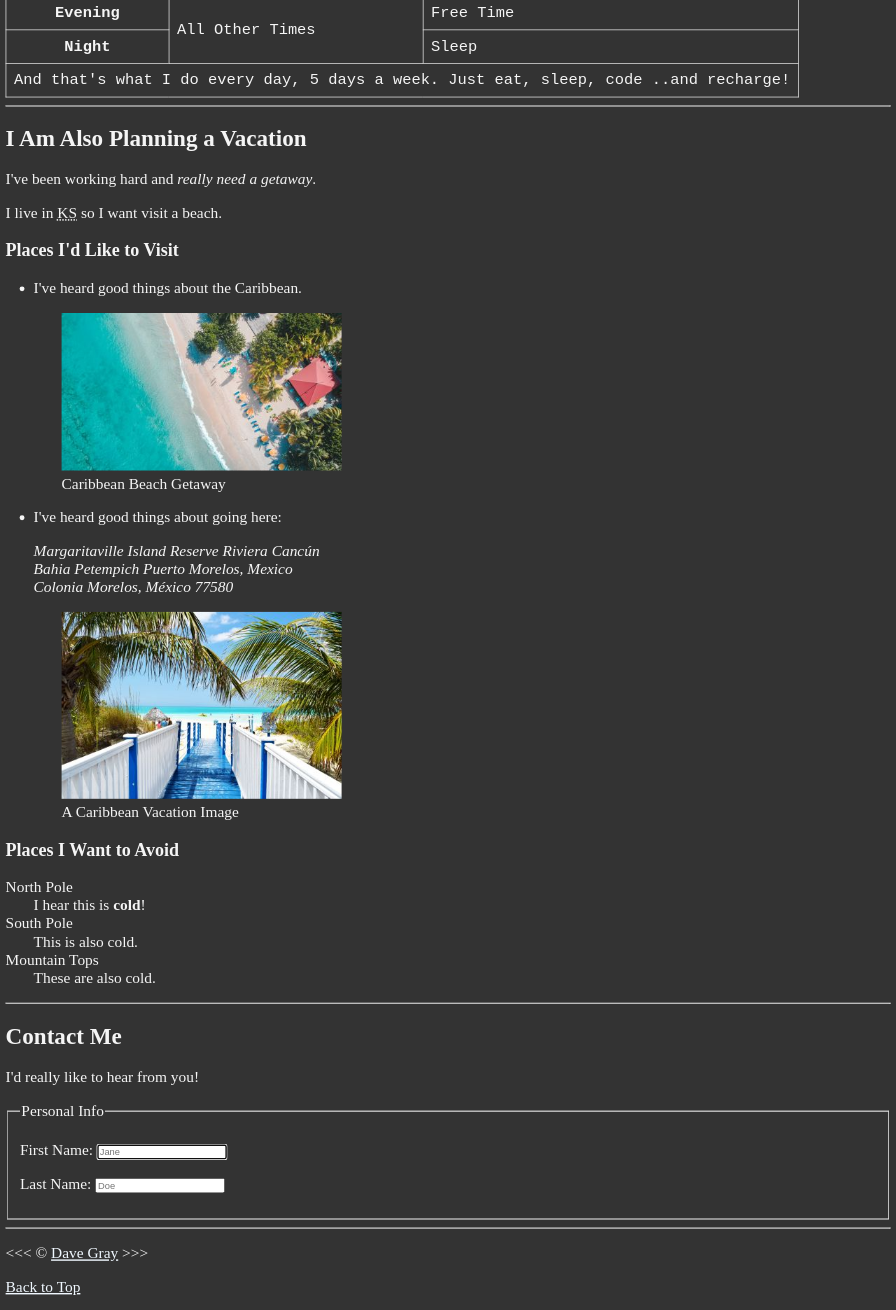
Repository: JavaProgrammerFromEastEurope/project-html-full-tutorial
Page: 09_lesson/index.html
The author's editor kept a copy of each file at every save. The page is drawn from the files as they stood at one save, then again after a run of saves.
The browser window is 1280 px wide. The pictures show the part of the page from y = 1343 to 3263 px (the page is 3215 px tall before and 3263 px after), at 70% of full size.

Above is the page before, as saved 2023-04-07 04:40:48.

After the next 4 saves:
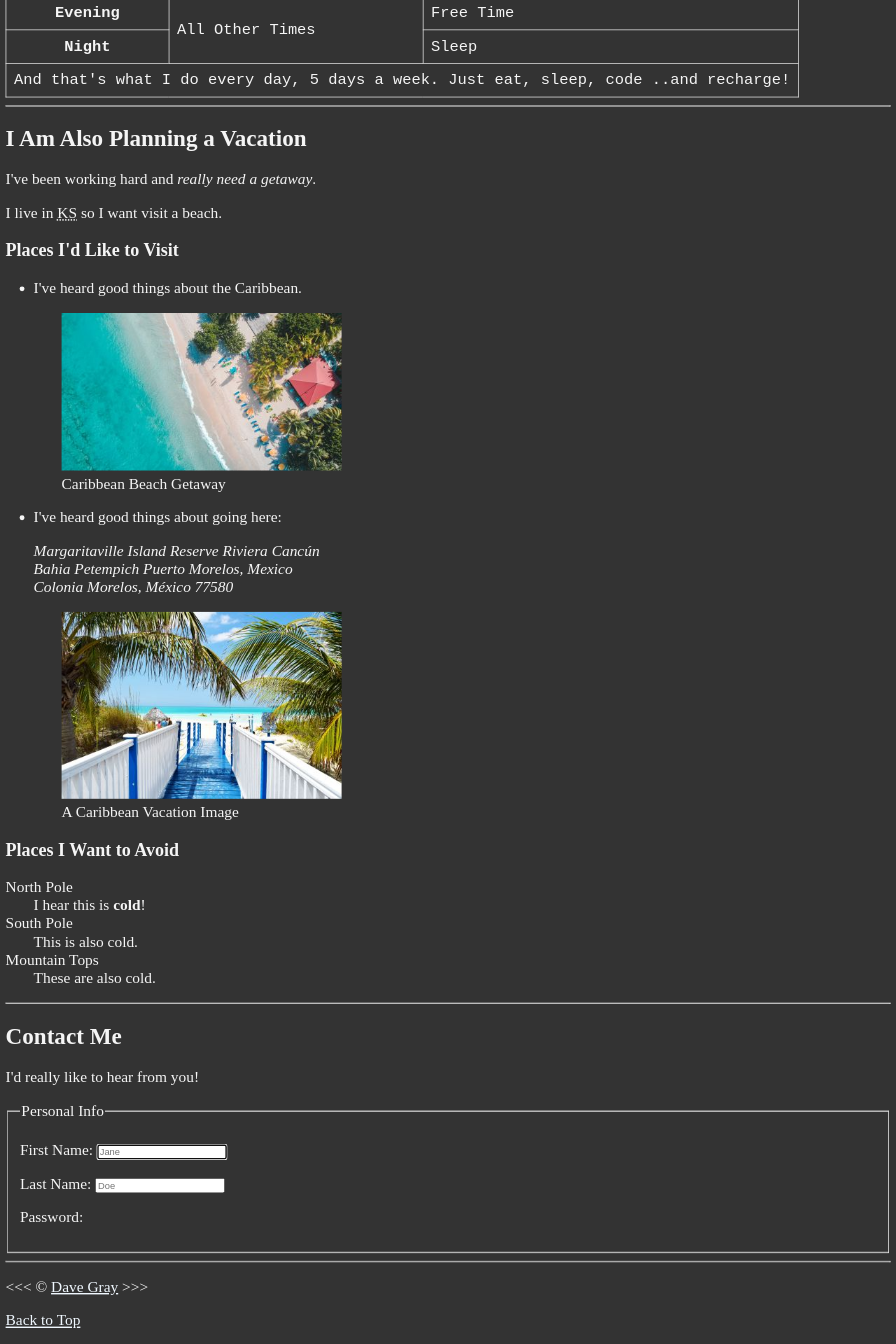
The 4 saves are shown as one change because they came seconds apart.
The last was saved 13 s later.
--- a/09_lesson/index.html
+++ b/09_lesson/index.html
@@ -220,7 +220,8 @@
 								<input type="text" name="lastName" id="lastName" placeholder="Doe"  autocomplete="on" required>
 							</p>
 							<p>
-								<label for=""></label>
+								<label for="password">Password:</label>
+
 							</p>
             </p>
           </fieldset>
